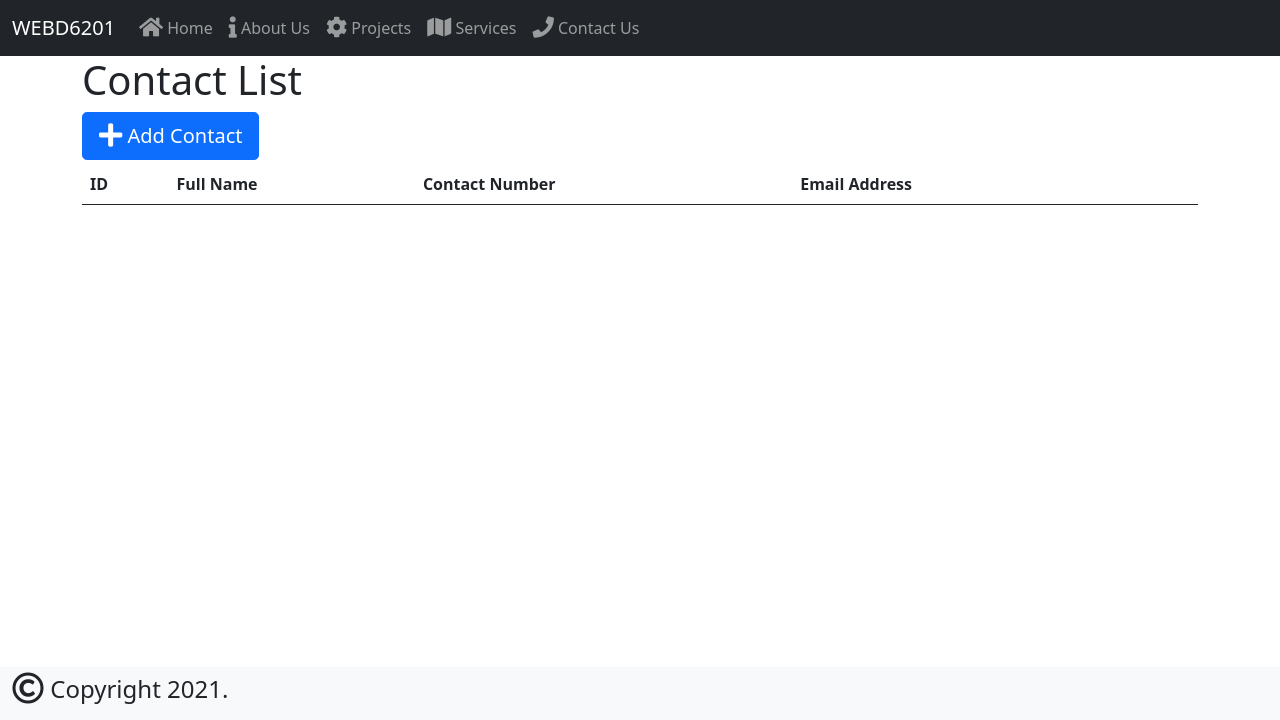
Repository: GarlicButterBoy/WEBD6201-ICE04
Page: contact-list.html
These files come from the project's save history. The page is drawn as it stood at one moment and after the next save; the edit follows.
The browser window is 1280 px wide. The pictures show the whole page.

Above is the page before, as saved 2021-02-10 09:22:29.

### contact-list.html
<!DOCTYPE html>
<html lang="en">
<head>
    <meta charset="UTF-8">
    <meta name="viewport" content="width=device-width, initial-scale=1.0">
    <title>Contact-List</title>
    <!-- CSS Section -->
    <link rel="stylesheet" href="./node_modules/bootstrap/dist/css/bootstrap.min.css">
    <link rel="stylesheet" href="./node_modules/@fortawesome/fontawesome-free/css/all.min.css">
    <link rel="stylesheet" href="./Content/app.css">
</head>
<body>
    <!-- Main Header -->
    <header>
        <!-- Main Navigation -->
        <nav class="navbar navbar-expand-lg navbar-dark bg-dark">
            <div class="container-fluid">
              <a class="navbar-brand" href="index.html">WEBD6201</a>
              <button class="navbar-toggler" type="button" data-bs-toggle="collapse" data-bs-target="#navbarSupportedContent" aria-controls="navbarSupportedContent" aria-expanded="false" aria-label="Toggle navigation">
                <span class="navbar-toggler-icon"></span>
              </button>
              <div class="collapse navbar-collapse" id="navbarSupportedContent">
                <ul class="navbar-nav me-auto mb-2 mb-lg-0">
                  <li class="nav-item">
                    <a class="nav-link" aria-current="page" href="index.html"><i class="fas fa-home fa-lg"></i> Home</a>
                  </li>

                  <li class="nav-item">
                    <a class="nav-link" aria-current="page" href="about.html"><i class="fas fa-info fa-lg"></i> About Us</a>
                  </li>

                  <li class="nav-item">
                    <a class="nav-link" aria-current="page" href="projects.html"><i class="fas fa-cog fa-lg"></i> Projects</a>
                  </li>

                  <li class="nav-item">
                    <a class="nav-link" aria-current="page" href="services.html"><i class="fas fa-map fa-lg"></i> Services</a>
                  </li>

                  <li class="nav-item">
                    <a class="nav-link" aria-current="page" href="contact.html"><i class="fas fa-phone fa-lg"></i> Contact Us</a>
                  </li>
                </ul>
              </div>
            </div>
          </nav>
    </header>

    <!-- Main Content -->
    <main class="container">
        <h1>Contact List</h1>

        <div class="row">
          <div class="col">

            <button class="btn btn-primary btn-lg mb-1"><i class="fas fa-plus fa-lg"></i> Add Contact</button>
            <table class="table table-striped">
            <thead>
              <tr>
                <th scope="col">ID</th>
                <th scope="col">Full Name</th>
                <th scope="col">Contact Number</th>
                <th scope="col">Email Address</th>
                <th scope="col"></th>
                <th scope="col"></th>
              </tr>
            </thead>
            <tbody id="contactList">
            </tbody>
          </table>
          </div>
        </div>
    </main>

    <!-- Main Footer -->
    <footer>
        <nav class="navbar fixed-bottom navbar-light bg-light">
            <div class="container-fluid">
              <h4><i class="far fa-copyright fa-lg"></i> Copyright 2021.</h4>
            </div>
          </nav>
    </footer>

    <!-- Script Section-->
    <script src="./node_modules/jquery/dist/jquery.min.js"></script>
    <script src="./node_modules/bootstrap/dist/js/bootstrap.bundle.min.js"></script>
    <script src="./Scripts/namespace.js"></script>
    <script src="./Scripts/contact.js"></script>
    <script src="./Scripts/app.js"></script>
</body>
</html>

### Scripts/namespace.js

//namespace core
let core;

### Scripts/contact.js
"use strict";

//Contact Class

(()=>{
    class Contact {

        //getters and setters
      get FullName()
      {
          return this.m_fullName;
      }
      get ContactNumber()
      {
          return this.m_conactNumber;
      }
      get EmailAddress()
      {
          return this.m_emailAddress;
      }
      set FullName(value)
      {
          this.m_fullName = value;
      }
      set ContactNumber(value)
      {
          this.m_conactNumber = value;
      }
      set EmailAddress(value)
      {
          this.m_emailAddress = value;
      }

        //Constructor
        /**
         * A Constructor for any Contact objects being instantiated
         * @param {string} fullName
         * @param {string} contactNumber
         * @param {string} emailAddress
         */
        constructor(fullName = "", contactNumber = "", emailAddress = "")
        {
            this.ContactNumber = contactNumber;
            this.EmailAddress = emailAddress;
            this.FullName = fullName;
        }



        //Methods
        /**
         * Overrides the toString method to print the Contact class
         * @returns {string}
         */
        toString()
        {
            return `Full Name: ${this.m_fullName}\nPhone: ${this.m_contactNumber}\nEmail: ${this.m_emailAddress}`;
        }

        /**
         * This method returns a JSON Object
         * @returns {Object}
         */
        toJSON()
        {
            return {
                "fullName":this.FullName,
                "contactNumber":this.ContactNumber,
                "emailAddress":this.EmailAddress
            }
        }
        /**
         * Method converts the Contact into a comma-seperated value string
         * @returns {String}
         */
        serialize()
        {
            if (this.FullName !== "" && this.ContactNumber !== "" && this.EmailAddress !== "")
            {
                return `${this.FullName},${this.ContactNumber},${this.EmailAddress}`;
            }
            else
            {
                console.error("Error: One of more of the Contact Properties are empty or null.");
                return null;
            }

        }
        /**
         * Method takes a comma-seperated data string and assigns the values to the contact class properties
         * @param {string} data
         * @returns {void}
         */
        deserialize(data)
        {
            let propertyArray = data.split(",");
            this.FullName = propertyArray[0];
            this.ContactNumber = propertyArray[1];
            this.EmailAddress = propertyArray[2];
        }

    }

core.Contact = Contact;

})(core || (core={}));

### Scripts/app.js
/* custom JavaScript goes here */

//IIFE - Immediately Invoked Function Expression
//AKA - Anonymous Self-Executing Function
//Closure - limits scope leak

"use strict";
/* Example of a class being created with brand new functions
let myContact =
{
  "firstName":"Nick SF",
  "contactNumber":"905-123-4567",
  "emailAddress":"email@test.com",
  "saysHello":function() { console.log(`${fullName} says Hello!`); },
  "someOtherObject":{  "friendsList":["Tony", "Stephen", "Peter"]  }

};*/

((core) =>
{
    function displayHome()
    {
/*
      $("button").on("mouseover", function(){
        console.log("JQuery Click");
      });

      let myButton = document.querySelectorAll("button")[1];
      myButton.addEventListener("click", () => {
        console.log("Button Clicked!");
      });
*/
      //console.log(myButton);

        let paragraphOneText =
          "This is a simple site to demonstrate DOM Manipulation for ICE 1";

        let paragraphOneElement = document.getElementById("paragraphOne");

        paragraphOneElement.textContent = paragraphOneText;
        paragraphOneElement.className = "fs-5";

        // Step 1. document.createElement
        let newParagraph = document.createElement("p");
        // Step 2. configure the element
        newParagraph.setAttribute("id", "paragraphTwo");
        newParagraph.textContent = "...And this is paragraph two";
        // Step 3. select the parent element
        let mainContent = document.getElementsByTagName("main")[0];
        // Step 4. Add / Insert the element
        mainContent.appendChild(newParagraph);

        newParagraph.className = "fs-6";

        // another way of injecting content
        let paragraphDiv = document.createElement("div");
        let paragraphThree = `<p id="paragraphThree" class="fs-7 fw-bold">And this is the Third Paragraph</p>`;
        paragraphDiv.innerHTML = paragraphThree;

        // insertions

        // example of inserting before a node
        //newParagraph.before(paragraphDiv);

        // example of inserting after a node
        newParagraph.after(paragraphDiv);

        // deletions

        // example of removing a single element
        //paragraphOneElement.remove();

        // example of removeChild
        mainContent.removeChild(paragraphOneElement);

        // update / modification
        //mainContent.firstElementChild.textContent = "Welcome Home!";

        mainContent.innerHTML = `<h1 id="firstHeading">Welcome to WEBD6201 - Lab 1</h1>
         <p id="paragraphOne" class="fs-3 fw-bold">This is my first Paragraph</p>
        `;

    }

    function displayAbout()
    {

    }

    function displayProjects()
    {

    }

    function displayServices()
    {

    }

    function displayContact()
    {
        //This is the same as below
        let messageArea = $("#messageArea").hide();
        //Same as this
        //let messageArea = document.getElementById("messageArea");
        //messageArea.hidden = true;

        // form validation
        $("#fullName").on("blur", function()
        {
          if($(this).val().length < 2)
            {
                //JQuery example of the lines below
                $(this).trigger("focus").trigger("select");
                messageArea.show().addClass("alert alert-danger").text("Please enter an appropriate name");
                //fullName.focus();
                //fullName.select();
                //messageArea.hidden = false;
                //messageArea.className = "alert alert-danger";
                //messageArea.textContent = "Please enter an appropriate Name";
            }
            else
            {
                //JQuery example of the line below
                messageArea.removeAttr("class").hide();
                //messageArea.hidden = true;
                //messageArea.removeAttribute("class");
            }
        });
        //let fullName = document.getElementById("fullName");
        //fullName.addEventListener("blur", function() {});

        $("#sendButton").on("click", ()=>
        {
          if ($("#subscribeCheckbox")[0].checked)
          {
            let contact = new core.Contact(FullName.value, ContactNumber.value, EmailAddress.value);
            if(contact.serialize()) //checking if the serialized object exists
            {
              let key = contact.FullName.substring(0, 1) + Date.now();

              localStorage.setItem(key, contact.serialize());
            }
          }
        });

        //let sendButton = document.getElementById("sendButton");
        //sendButton.addEventListener("click", function(event){

            //event.preventDefault();
            //console.log(contact.serialize());
            //fullName.value = "";
            //contactNumber.value = "";
            //emailAddress.value = "";
        //});
    }
    function displayContactList()
    {

      if(localStorage.length > 0)
      {
        let contactList = document.getElementById("contactList");

        let data = "";
        let keys = Object.keys(localStorage);

        let index = 1;

        for (const key of keys)
        {
          console.log(key);
          let contactData = localStorage.getItem((key).toString());

          console.log(contactData);

          let contact = new core.Contact();
          contact.deserialize(contactData);

          data += `<tr>
                  <th scope="row">${index}</th>
                  <td>${contact.FullName}</td>
                  <td>${contact.ContactNumber}</td>
                  <td>${contact.EmailAddress}</td>
                  <td class="text-center"><button class="btn btn-primary btn-sm edit" value="${key}"><i class="fas fa-sm fa-edit"></i> Edit</button></td>
                  <td class="text-center"><button class="btn btn-warning btn-sm delete" value="${key}"><i class="fas fa-sm fa-trash-alt"></i> Delete</button></td>
                  </tr>`;
          index++;
        }

        contactList.innerHTML = data;
        //TODO: Create an Edit page
        $("button.edit").on("click", function()
        {
          location.href = "edit.html#" + $(this).val();
        });


        $("button.delete").on("click", function()
        {
          if(confirm("Are you sure?"))
          {
            localStorage.removeItem($(this).val());
          }
          location.href = "contact-list.html";
        });
      }


    }
    function displayEdit()
    {

      let key = location.hash.substring(1);

      let contact = new core.Contact();

      //Simple check to ensure the key is not empty
      if(key != "")
      {
        //get contact info from localStorage
        contact.deserialize(localStorage.getItem(key));
        //Display contact info
        $("#fullName").val(contact.FullName);
        $("#contactNumber").val(contact.ContactNumber);
        $("#emailAddress").val(contact.EmailAddress);
      }
      //Edit Button
      $("#editButton").on("click", function()
      {
        //If key is empty, make new one
        if (key == "")
        {
          key = contact.FullName.substring(0, 1) + Date.now();
        }

        //Update the contact info using the newly typed data
        contact.FullName = $("#fullName").val();
        contact.ContactNumber = $("#contactNumber").val();
        contact.EmailAddress = $("#emailAddress").val();

        //Update localStorage
        localStorage.setItem(key, contact.serialize());

        //Navigate back to the contact-list.html
        location.href = "contact-list.html";
      });
      //Cancel Button
      $("#cancelButton").on("click", function()
      {
        //return to contact-list.html
        location.href = "contact-list.html";
      });

    }

    function Start()
    {
        console.log("App Started...");




        switch (document.title)
        {
          case "Home":
              displayHome();
            break;
          case "About":
              displayAbout();
            break;
          case "Projects":
              displayProjects();
            break;
          case "Services":
              displayServices();
            break;
          case "Contact":
              displayContact();
            break;
          case "Contact-List":
              displayContactList();
              break;
          case "Edit":
              displayEdit();
            break;
        }

    }

    window.addEventListener("load", Start);

    core.Start = Start;


})  (core || (core={}));

Loaded but not shown: node_modules/bootstrap/dist/css/bootstrap.min.css (library); node_modules/@fortawesome/fontawesome-free/css/all.min.css (library); Content/app.css (common file); node_modules/jquery/dist/jquery.min.js (library); node_modules/bootstrap/dist/js/bootstrap.bundle.min.js (library)

After the next save:
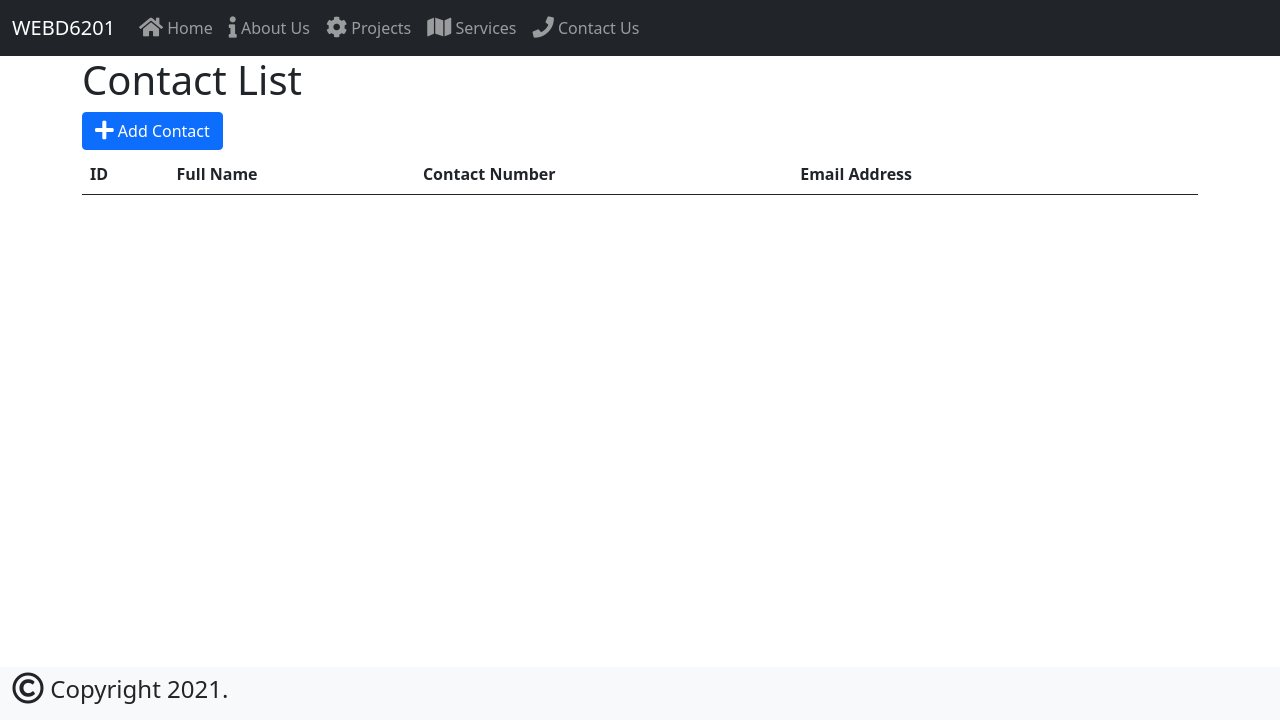
Saved 7 s later.
--- a/contact-list.html
+++ b/contact-list.html
@@ -53,7 +53,7 @@
         <div class="row">
           <div class="col">
 
-            <button class="btn btn-primary btn-lg mb-1"><i class="fas fa-plus fa-lg"></i> Add Contact</button>
+            <button class="btn btn-primary  mb-1"><i class="fas fa-plus fa-lg"></i> Add Contact</button>
             <table class="table table-striped">
             <thead>
               <tr>
